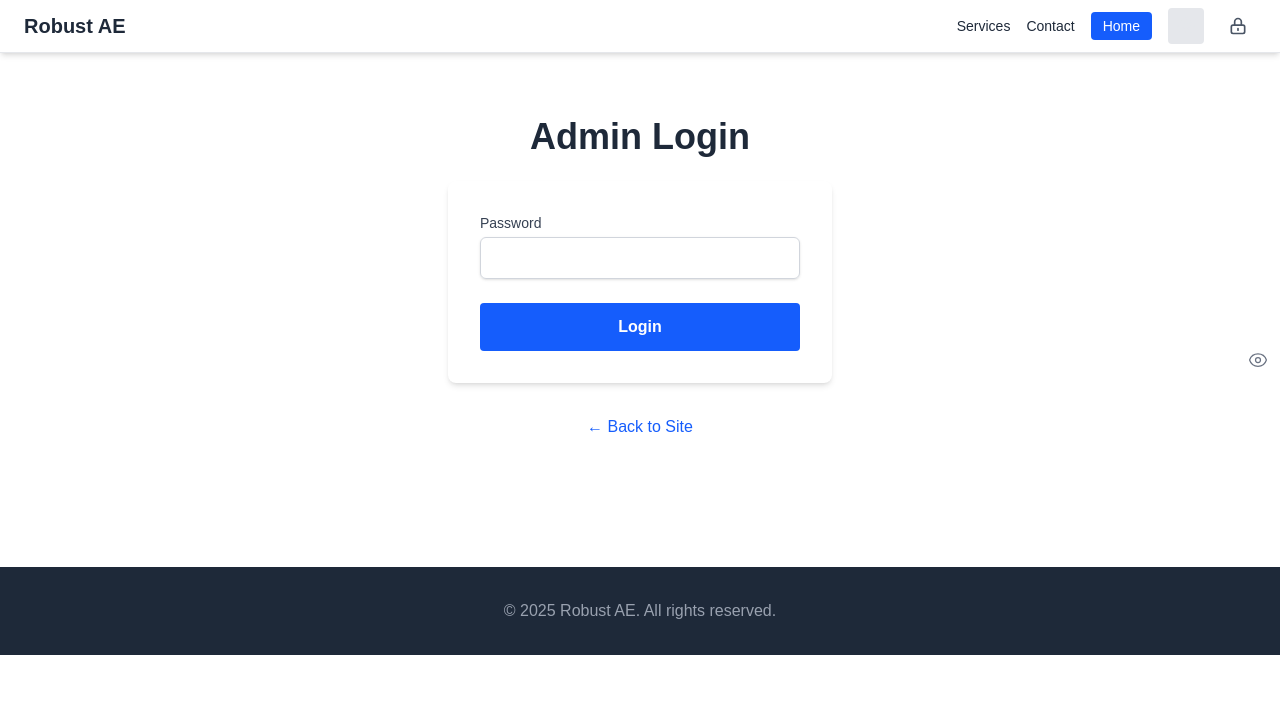
Repository: b0ase/robust-ae.com
Page: /admin
The author's editor kept a copy of each file at every save. The page is drawn from the files as they stood at one save, then again after the next save.
The browser window is 1280 px wide. The pictures show the whole page.
The page's requests for data from a server got no answer. The project was rebuilt for these pictures with package versions that can differ from the ones it lists, and the page was loaded fresh each time. The framework's server and built-in components were replaced by stand-ins that run in the browser. No one was signed in, and anything a server would have sent is missing. Also part of the build but not shown: next.config.ts.

Above is the page before, as saved 2025-05-05 11:52:57.

After the next save:
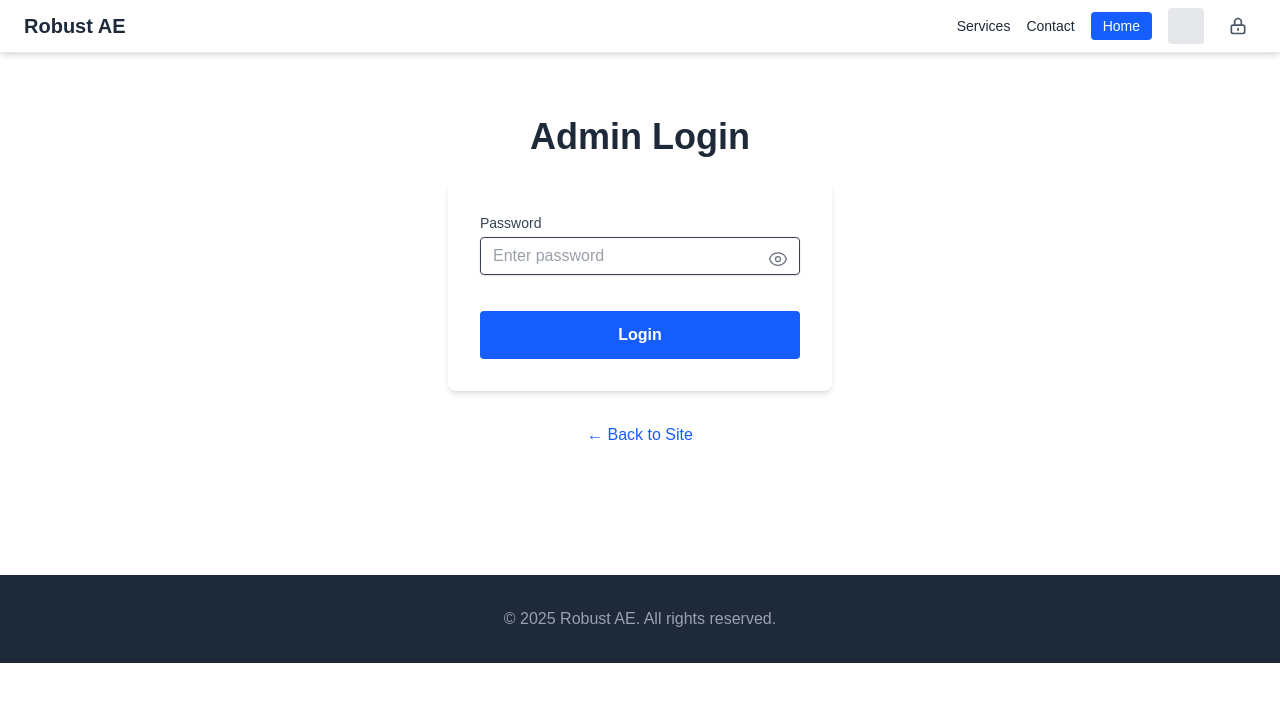
Saved 17 s later.
--- a/src/app/admin/page.tsx
+++ b/src/app/admin/page.tsx
@@ -99,33 +99,36 @@
               >
                 Password
               </label>
-              <input
-                type={showPassword ? "text" : "password"}
-                id="password"
-                name="password"
-                required
-                value={password} // Control the input value
-                onChange={(e) => setPassword(e.target.value)} // Update state on change
-                className="w-full px-3 py-2 border border-gray-300 dark:border-gray-600 rounded-md shadow-sm focus:outline-none focus:ring-blue-500 focus:border-blue-500 dark:bg-gray-700 dark:text-white pr-10"
-              />
-              <button
-                type="button"
-                onClick={() => setShowPassword(!showPassword)}
-                className="absolute inset-y-0 right-0 pr-3 flex items-center text-sm leading-5"
-                aria-label={showPassword ? "Hide password" : "Show password"}
-              >
-                {/* Basic text-based eye icon toggle */}
-                {showPassword ? (
-                   <svg xmlns="http://www.w3.org/2000/svg" fill="none" viewBox="0 0 24 24" strokeWidth={1.5} stroke="currentColor" className="w-5 h-5 text-gray-500">
-                     <path strokeLinecap="round" strokeLinejoin="round" d="M3.98 8.223A10.477 10.477 0 0 0 1.934 12C3.226 16.338 7.244 19.5 12 19.5c.993 0 1.953-.138 2.863-.395M6.228 6.228A10.451 10.451 0 0 1 12 4.5c4.756 0 8.773 3.162 10.065 7.498a10.522 10.522 0 0 1-4.293 5.774M6.228 6.228 3 3m3.228 3.228 3.65 3.65m7.894 7.894L21 21m-3.228-3.228-3.65-3.65m0 0a3 3 0 1 0-4.243-4.243m4.242 4.242L6.228 6.228" />
-                   </svg>
-                ) : (
-                  <svg xmlns="http://www.w3.org/2000/svg" fill="none" viewBox="0 0 24 24" strokeWidth={1.5} stroke="currentColor" className="w-5 h-5 text-gray-500">
-                    <path strokeLinecap="round" strokeLinejoin="round" d="M2.036 12.322a1.012 1.012 0 0 1 0-.639C3.423 7.51 7.36 4.5 12 4.5c4.638 0 8.573 3.007 9.963 7.178.07.207.07.431 0 .639C20.577 16.49 16.64 19.5 12 19.5c-4.638 0-8.573-3.007-9.963-7.178Z" />
-                    <path strokeLinecap="round" strokeLinejoin="round" d="M15 12a3 3 0 1 1-6 0 3 3 0 0 1 6 0Z" />
-                  </svg>
-                )}
-              </button>
+              {/* Wrap input and button for relative positioning */}
+              <div className="relative">
+                <input
+                  id="password"
+                  type={showPassword ? "text" : "password"} // Toggle input type
+                  value={password}
+                  onChange={(e) => setPassword(e.target.value)}
+                  className="shadow appearance-none border rounded w-full py-2 px-3 text-gray-700 mb-3 leading-tight focus:outline-none focus:shadow-outline pr-10" // Add padding-right for icon
+                  required
+                  placeholder="Enter password"
+                />
+                <button
+                  type="button"
+                  onClick={() => setShowPassword(!showPassword)}
+                  className="absolute inset-y-0 right-0 pr-3 flex items-center text-sm leading-5 focus:outline-none"
+                  style={{ top: '-0.375rem' }} // Adjust vertical position slightly if needed due to mb-3 on input
+                  aria-label={showPassword ? "Hide password" : "Show password"}
+                >
+                  {showPassword ? (
+                    <svg xmlns="http://www.w3.org/2000/svg" fill="none" viewBox="0 0 24 24" strokeWidth={1.5} stroke="currentColor" className="w-5 h-5 text-gray-500">
+                      <path strokeLinecap="round" strokeLinejoin="round" d="M3.98 8.223A10.477 10.477 0 0 0 1.934 12C3.226 16.338 7.244 19.5 12 19.5c.993 0 1.953-.138 2.863-.395M6.228 6.228A10.451 10.451 0 0 1 12 4.5c4.756 0 8.773 3.162 10.065 7.498a10.522 10.522 0 0 1-4.293 5.774M6.228 6.228 3 3m3.228 3.228 3.65 3.65m7.894 7.894L21 21m-3.228-3.228-3.65-3.65m0 0a3 3 0 1 0-4.243-4.243m4.242 4.242L6.228 6.228" />
+                    </svg>
+                  ) : (
+                    <svg xmlns="http://www.w3.org/2000/svg" fill="none" viewBox="0 0 24 24" strokeWidth={1.5} stroke="currentColor" className="w-5 h-5 text-gray-500">
+                      <path strokeLinecap="round" strokeLinejoin="round" d="M2.036 12.322a1.012 1.012 0 0 1 0-.639C3.423 7.51 7.36 4.5 12 4.5c4.638 0 8.573 3.007 9.963 7.178.07.207.07.431 0 .639C20.577 16.49 16.64 19.5 12 19.5c-4.638 0-8.573-3.007-9.963-7.178Z" />
+                      <path strokeLinecap="round" strokeLinejoin="round" d="M15 12a3 3 0 1 1-6 0 3 3 0 0 1 6 0Z" />
+                    </svg>
+                  )}
+                </button>
+              </div>
             </div>
 
             <div>
